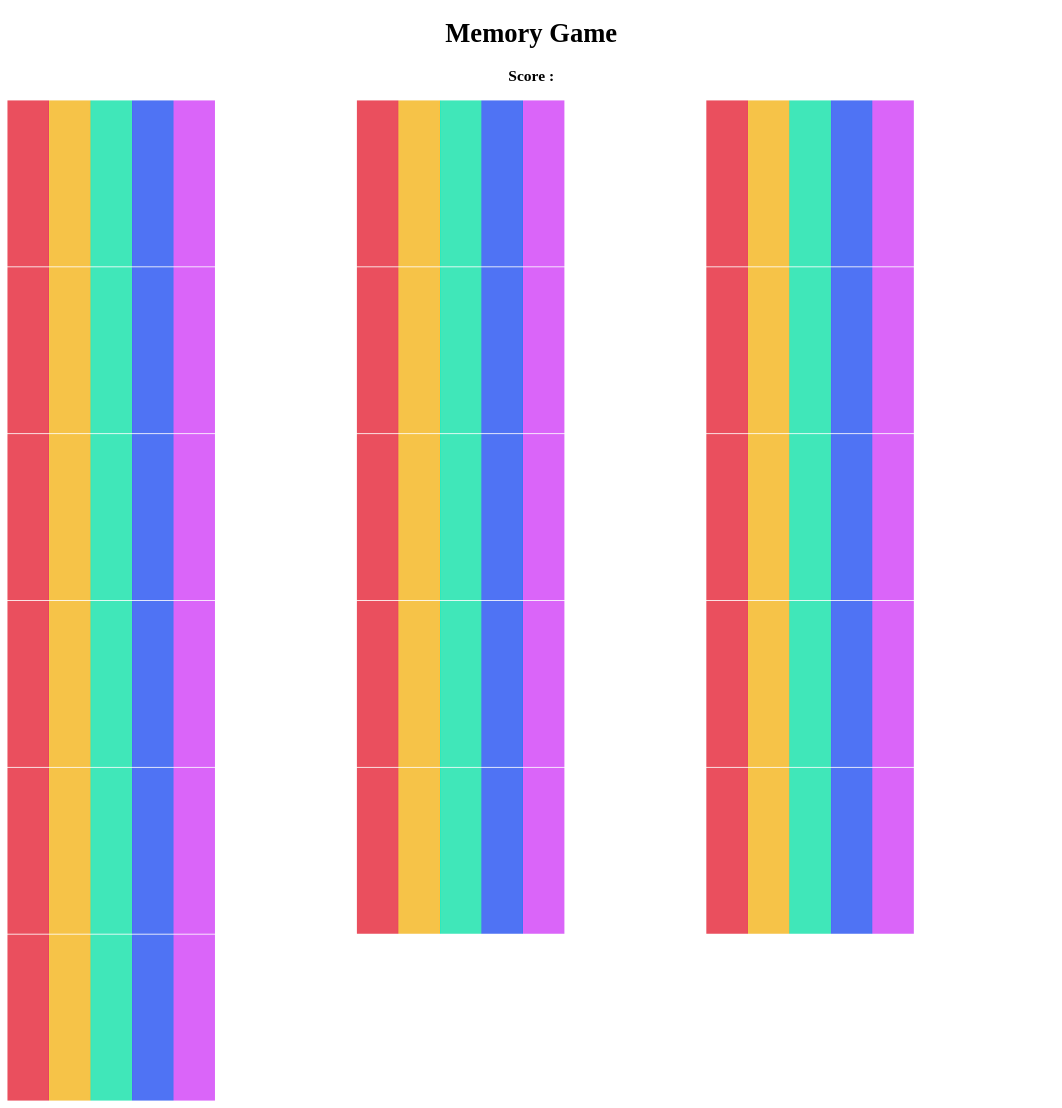
Repository: divyaravada/javascript-games
Page: memory-game/memorygame.html
The author's editor kept a copy of each file at every save. The page is drawn from the files as they stood at one save, then again after the next save.
The browser window is 1280 px wide. The pictures show the whole page, at 83% of full size.

Above is the page before, as saved 2022-03-15 17:08:55.

### memory-game/memorygame.html
<!DOCTYPE html>
<html lang="en">
  <head>
    <meta charset="UTF-8" />
    <title>Memory Game</title>
    <link rel="stylesheet" href="./memorystyle.css" />
  </head>
  <body>
    <div>
      <h1>Memory Game</h1>
    </div>

    <div>
      <h3>Score : <span id="result"></span></h3>
    </div>

    <div id="grid"></div>

    <script src="./memory.js"></script>
  </body>
</html>

### memory-game/memorystyle.css
* {
  text-align: center;
  align-items: center;
  justify-content: center;
}
#grid {
  display: grid;
  grid-template-columns: repeat(3, 1fr);
}
#grid img {
  width: 250px;
  height: 200px;
  padding: 0.5px;
}

### memory-game/memory.js
const cardArray = [
  {
    name: "redcar",
    img: "images/redcar.png",
  },
  {
    name: "whitecar",
    img: "images/whitecar.png",
  },
  {
    name: "yellowcar",
    img: "images/yellowcar.jpg",
  },
  {
    name: "purplecar",
    img: "images/purplecar.png",
  },
  {
    name: "greencar",
    img: "images/greencar.png",
  },
  {
    name: "browncar",
    img: "images/browncar.png",
  },
  {
    name: "bluecar",
    img: "images/bluecar.jpg",
  },
  {
    name: "blackcar",
    img: "images/blackcar.png",
  },
  {
    name: "redcar",
    img: "images/redcar.png",
  },
  {
    name: "whitecar",
    img: "images/whitecar.png",
  },
  {
    name: "yellowcar",
    img: "images/yellowcar.jpg",
  },
  {
    name: "purplecar",
    img: "images/purplecar.png",
  },
  {
    name: "greencar",
    img: "images/greencar.png",
  },
  {
    name: "browncar",
    img: "images/browncar.png",
  },
  {
    name: "bluecar",
    img: "images/bluecar.jpg",
  },
  {
    name: "blackcar",
    img: "images/blackcar.png",
  },
];

cardArray.sort(() => 0.5 - Math.random());

const gridDisplay = document.querySelector("#grid");
const resultDisplay = document.querySelector("#result");
let cardsChoosen = [];
let cardsChoosenIds = [];
const cardsWon = [];

function createBoard() {
  for (let i = 0; i < cardArray.length; i++) {
    const card = document.createElement("img");
    card.setAttribute("src", "images/rainbow.png");
    card.setAttribute("data-id", i);
    card.addEventListener("click", flipCard);
    gridDisplay.appendChild(card);
  }
}
createBoard();

function checkMatch() {
  const cards = document.querySelectorAll("img");
  const optionOneId = cardsChoosenIds[0];
  const optionTwoId = cardsChoosenIds[1];
  if (optionOneId == optionTwoId) {
    cards[optionOneId].setAttribute("src", "images/rainbow.png");
    cards[optionTwoId].setAttribute("src", "images/rainbow.png");
    alert("You have clicked the same image!");
  }

  if (cardsChoosen[0] == cardsChoosen[1]) {
    alert("You found a match");
    cards[optionOneId].setAttribute("src", "images/white.png");
    cards[optionTwoId].setAttribute("src", "images/white.png");
    cards[optionOneId].removeEventListener("click", flipCard);
    cards[optionTwoId].removeEventListener("click", flipCard);
    cardsWon.push(cardsChoosen);
  } else {
    cards[optionOneId].setAttribute("src", "images/rainbow.png");
    cards[optionTwoId].setAttribute("src", "images/rainbow.png");
    alert("Sorry Try again!");
  }
  resultDisplay.textContent = cardsWon.length;
  cardsChoosen = [];
  cardsChoosenIds = [];

  if (cardsWon.length == cardArray.length / 2) {
    resultDisplay.textContent = "Congratulations you found them all";
  }
}

function flipCard() {
  const cardId = this.getAttribute("data-id");
  cardsChoosen.push(cardArray[cardId].name);
  cardsChoosenIds.push(cardId);
  this.setAttribute("src", cardArray[cardId].img);
  if (cardsChoosen.length === 2) {
    setTimeout(checkMatch, 500);
  }
}

After the next save:
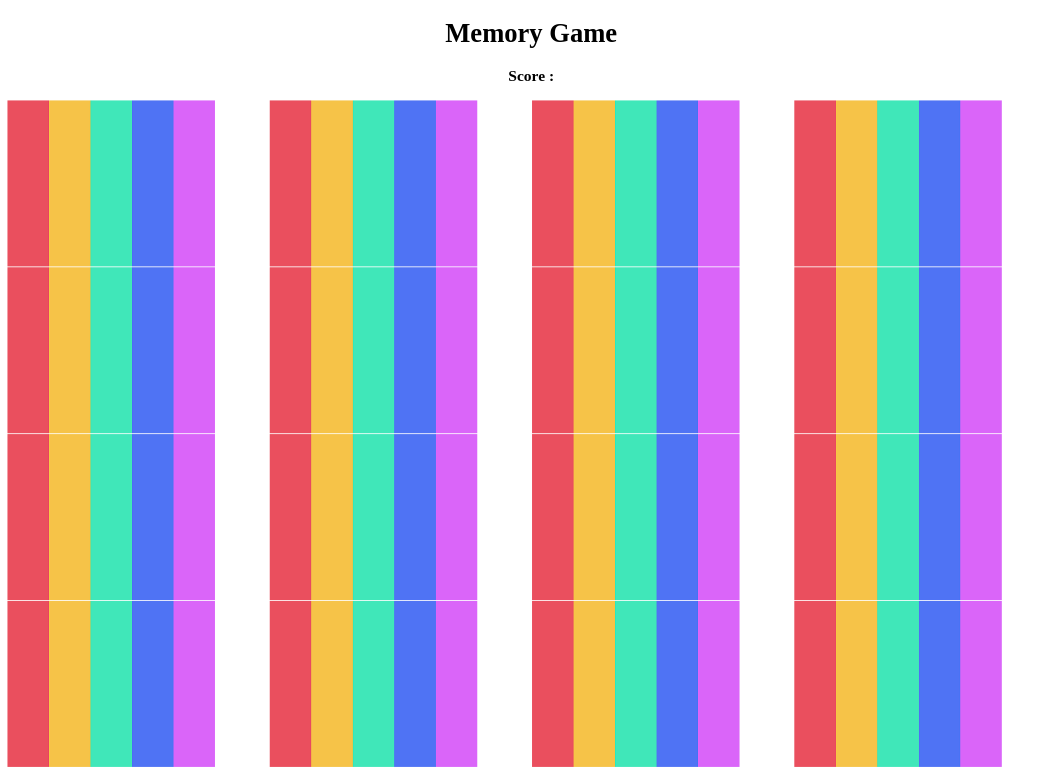
Saved 17 s later.
--- a/memory-game/memorystyle.css
+++ b/memory-game/memorystyle.css
@@ -5,7 +5,7 @@
 }
 #grid {
   display: grid;
-  grid-template-columns: repeat(3, 1fr);
+  grid-template-columns: repeat(4, 1fr);
 }
 #grid img {
   width: 250px;
